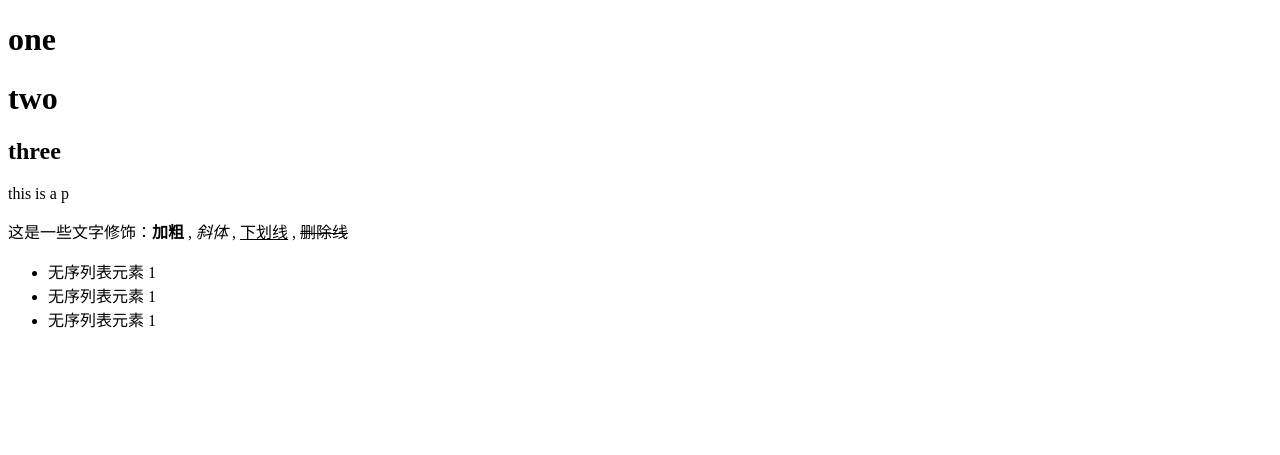
Repository: supercubes/Web
Page: first.html
These files come from the project's save history. The page is drawn as it stood at one moment and after a run of saves; the edit follows.
The browser window is 1280 px wide. The pictures show the whole page.

Above is the page before, as saved 2025-03-21 20:15:18.

After the next 4 saves:
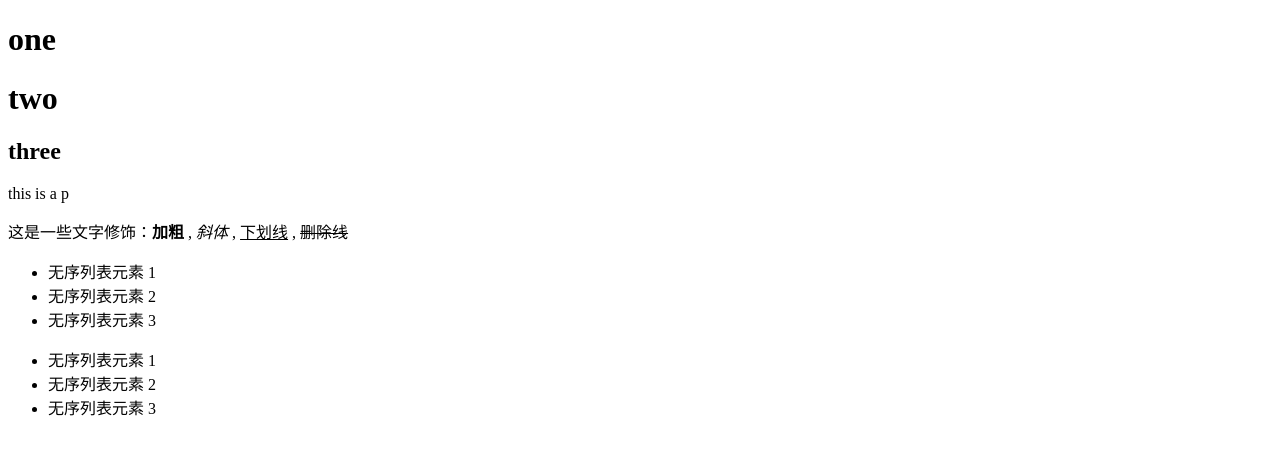
The 4 saves are shown as one change because they came seconds apart.
The last was saved 11 s later.
--- a/first.html
+++ b/first.html
@@ -16,10 +16,14 @@
     </p>
 <ul>
     <li>无序列表元素 1</li>
+    <li>无序列表元素 2</li>
+    <li>无序列表元素 3</li>
+</ul>
+<ul>
     <li>无序列表元素 1</li>
-    <li>无序列表元素 1</li>
+    <li>无序列表元素 2</li>
+    <li>无序列表元素 3</li>
 </ul>
-
 
 
 </body>
